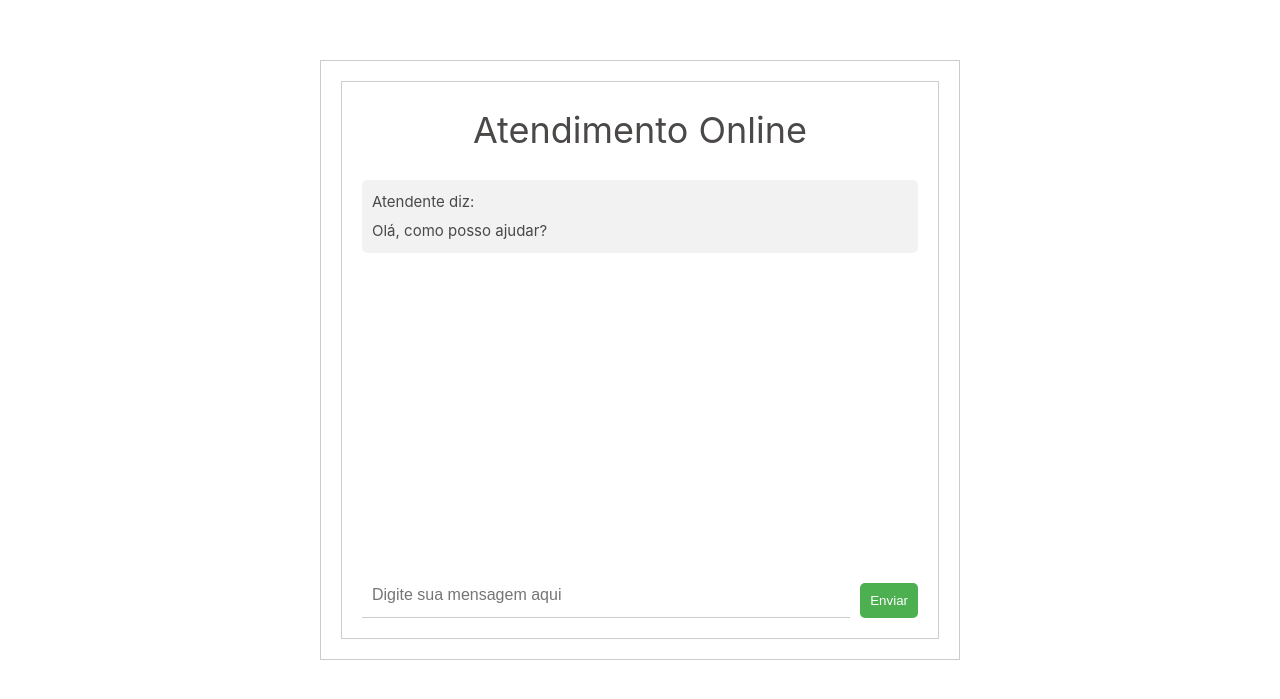
Repository: GabrielGuinzani/vueChat
Page: /
These files come from the project's save history. The page is drawn as it stood at one moment and after the next save; the edit follows.
The browser window is 1280 px wide. The pictures show the whole page.
Some web libraries are served in a nearby version. The project was rebuilt for these pictures with package versions that can differ from the ones it lists, and the page was loaded fresh each time. Also part of the build but not shown: vite.config.js.

Above is the page before, as saved 2023-04-19 11:58:26.

### index.html

<!DOCTYPE html>
<html lang="pt-br">
<head>
  <meta charset="UTF-8">
  <title>Vue Chat App</title>
  <script src="https://unpkg.com/vue@3.2.6/dist/vue.global.js"></script>
</head>
<body>
  <div id="chat-screen">
  </div>
  <script type="module" src="/src/main.js"></script>
</body>
</html>

### src/main.js
import { createApp } from 'vue'
import App from './App.vue'

import './assets/main.css'

createApp(App).mount('#chat-screen')

### src/App.vue

<template>
  <div id="chat-screen">
    <div class="titulo">
      <h2>Atendimento Online</h2>
    </div>
    <div class="messages-list" ref="messagesList">
      <div class="message-item message-fixed">
        <div class="msg-user"><strong>Atendente diz:</strong></div>
        <div class="msg-chat">Olá, como posso ajudar?</div>
      </div>
      <div v-for="(message, index) in messages" :key="index" :class="[message.type === 'user' ? 'message-item2' : 'message-item']">
        <div class="msg-user" v-if="message.type === 'user'"><strong>{{ message.author }} diz:</strong></div>
        <div class="msg-chat">{{ message.text }}</div>
      </div>
    </div>
    <form id="form-chat-send" @submit.prevent="sendMessage">
      <input id="message" type="text" class="typebar" v-model="messageText" placeholder="Digite sua mensagem aqui">
      <button type="submit" class="botao">Enviar</button>
    </form>
  </div>
</template>


<script>
export default {
  data() {
    return {
      messages: [],
      messageText: ''
    }
  },
  methods: {
    sendMessage() {
      const messageText = this.messageText.trim();
      if (messageText !== '') {
        this.messages.push({
          type: 'user',
          author: 'Você',
          text: messageText
        });
        this.messageText = '';
        this.$nextTick(() => {
          this.scrollToBottom();
        });
      }
    },
    scrollToBottom() {
      this.$refs.messagesList.scrollTop = this.$refs.messagesList.scrollHeight;
    }
  }
}
</script>

<style>
body {
  display: flex;
  justify-content: center;
  align-items: center;
  height: 75%;
  width: 50%;
  margin: auto;
}

#chat-screen {
  width: 100%;
  height: 600px;
  margin: 0 auto;
  border: 1px solid #ccc;
  background-color: #fff;
  padding: 20px;
  display: flex;
  flex-direction: column;
}

.titulo {
  text-align: center;
  font-size: 24px;
  margin-bottom: 20px;
  color: rgb(75, 72, 72);
}

.messages-list {
  flex: 1;
  overflow-y: auto;
  width: inherit;
}

.message-item {
  background-color: #f2f2f2;
  border-radius: 5px;
  padding: 10px;
  margin-bottom: 10px;
  color: rgb(75, 72, 72);
}

.message-item2 {
  background-color: #e6f7ff;
  border-radius: 5px;
  padding: 10px;
  margin-bottom: 10px;
  color: rgb(75, 72, 72);
}

.msg-user {
  margin-bottom: 5px;
  color: rgb(75, 72, 72);
}

.msg-chat {
  color: rgb(75, 72, 72);
}

.typebar {
  width: 100%;
  padding: 10px;
  border: none;
  border-bottom: 1px solid #ccc;
  margin-right: 10px;
  font-size: 16px;
  color: rgb(75, 72, 72);
}

.botao {
  background-color: #4CAF50;
  color: #fff;
  border: none;
  border-radius: 5px;
  padding: 10px;
  margin-top: 10px;
  cursor: pointer;
}


  .botao:hover {
    background-color: #0b4e27;
    cursor: pointer;
  }

  #form-chat-send {
    display: flex;
    justify-content: center;
    margin-top: 20px;
  }
</style>

Loaded but not shown: src/assets/main.css (common file); src/assets/base.css (common file)

After the next save:
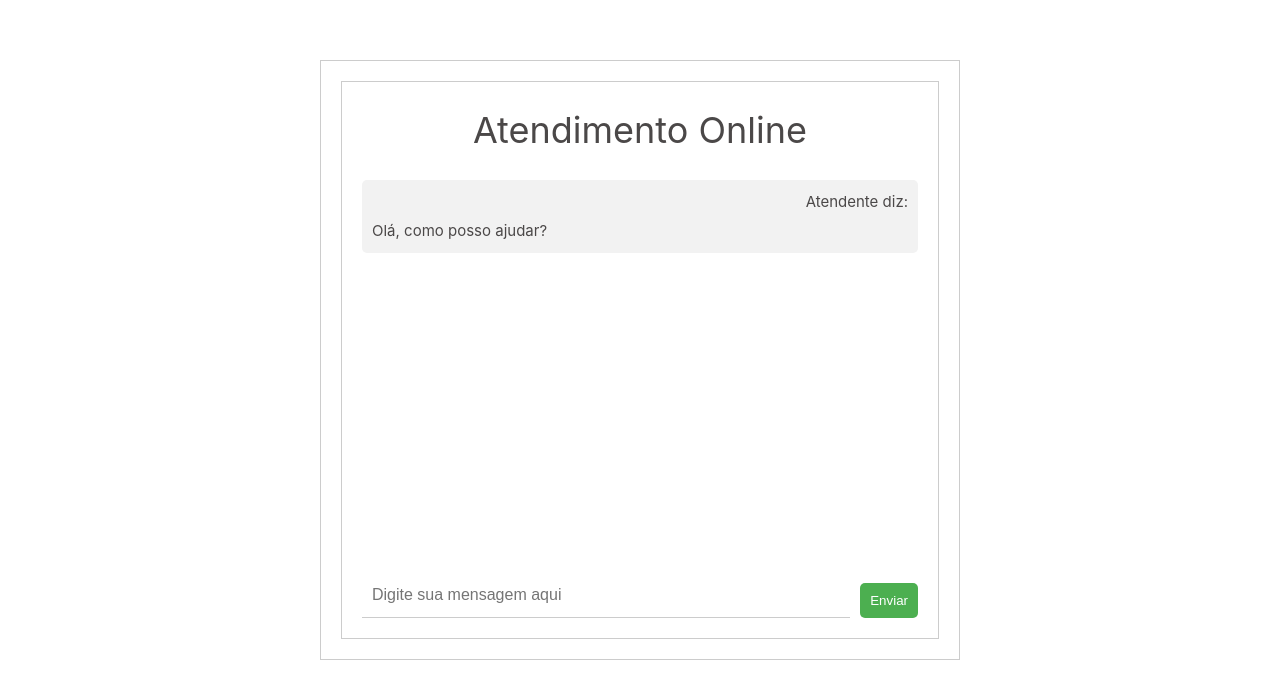
Saved 90 s later.
--- a/src/App.vue
+++ b/src/App.vue
@@ -105,6 +105,7 @@
 .msg-user {
   margin-bottom: 5px;
   color: rgb(75, 72, 72);
+  text-align: end;
 }
 
 .msg-chat {

After the save that followed:
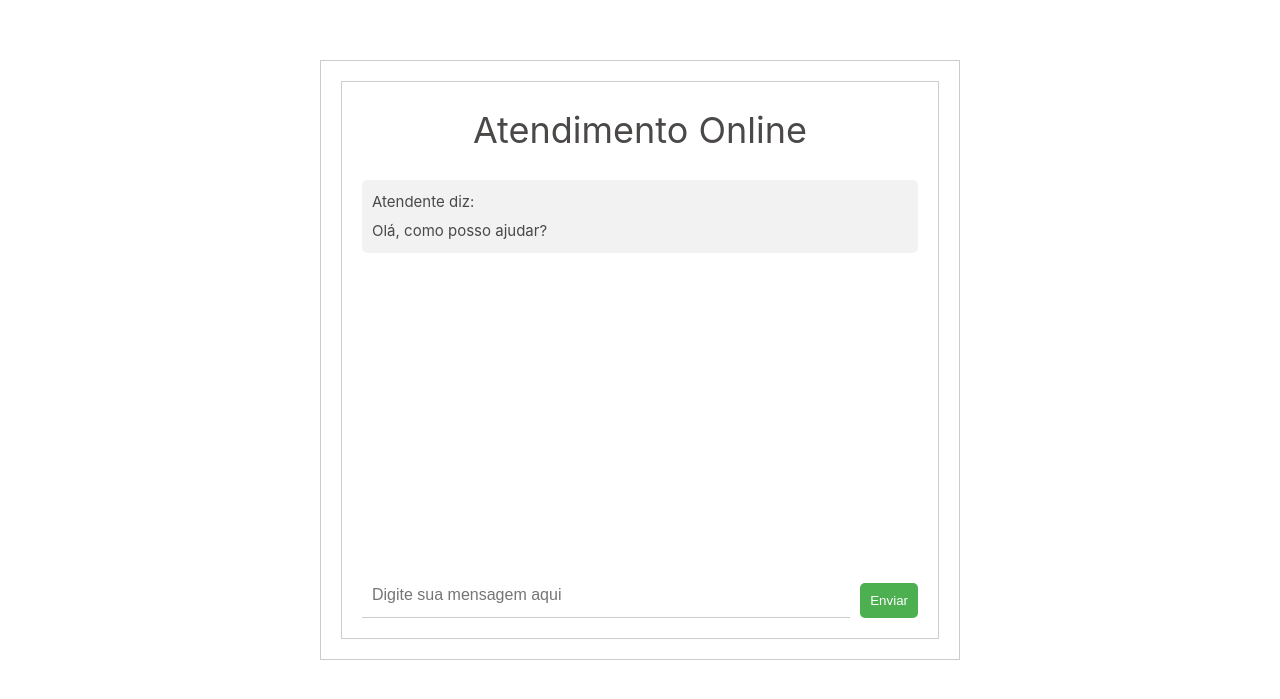
Saved 21 s later.
--- a/src/App.vue
+++ b/src/App.vue
@@ -100,12 +100,13 @@
   padding: 10px;
   margin-bottom: 10px;
   color: rgb(75, 72, 72);
+  text-align: end;
 }
 
 .msg-user {
   margin-bottom: 5px;
   color: rgb(75, 72, 72);
-  text-align: end;
+
 }
 
 .msg-chat {
